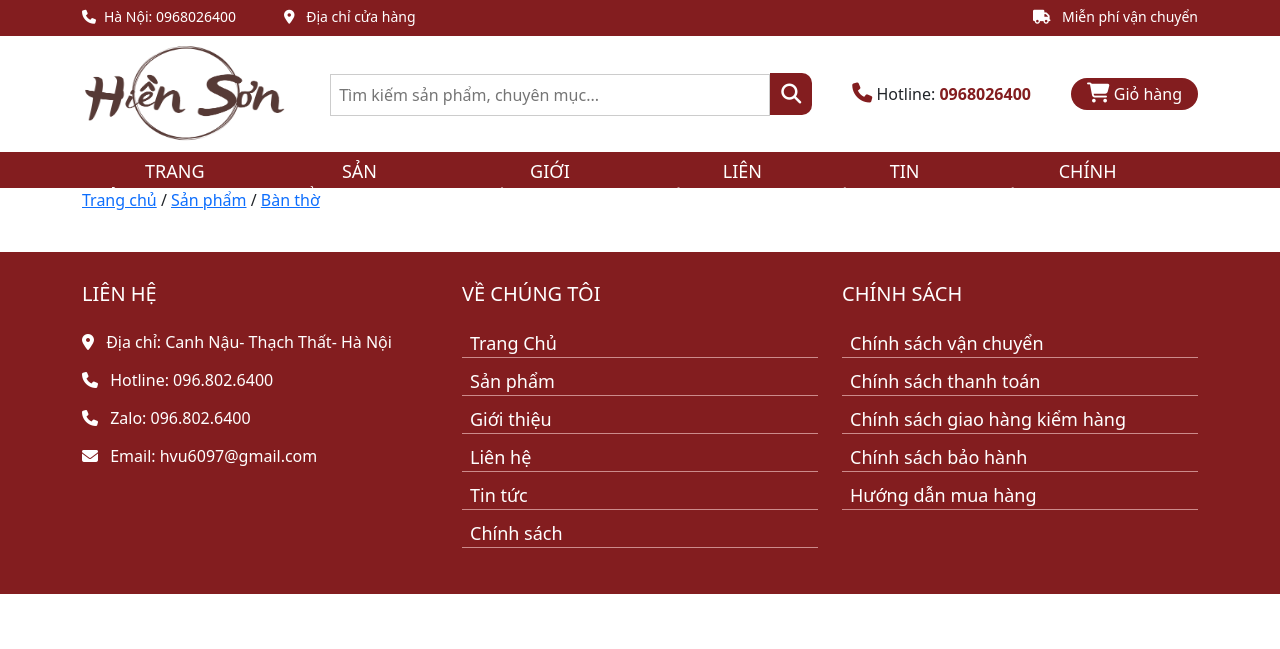
Repository: hoang28092000/do_go_hien_son
Page: product_details/ban_tho-g001.html
The author's editor kept a copy of each file at every save. The page is drawn from the files as they stood at one save, then again after a run of saves.
The browser window is 1280 px wide. The pictures show the whole page.
Some web libraries are served in a nearby version.

Above is the page before, as saved 2024-08-10 18:30:43.

After the next 3 saves:
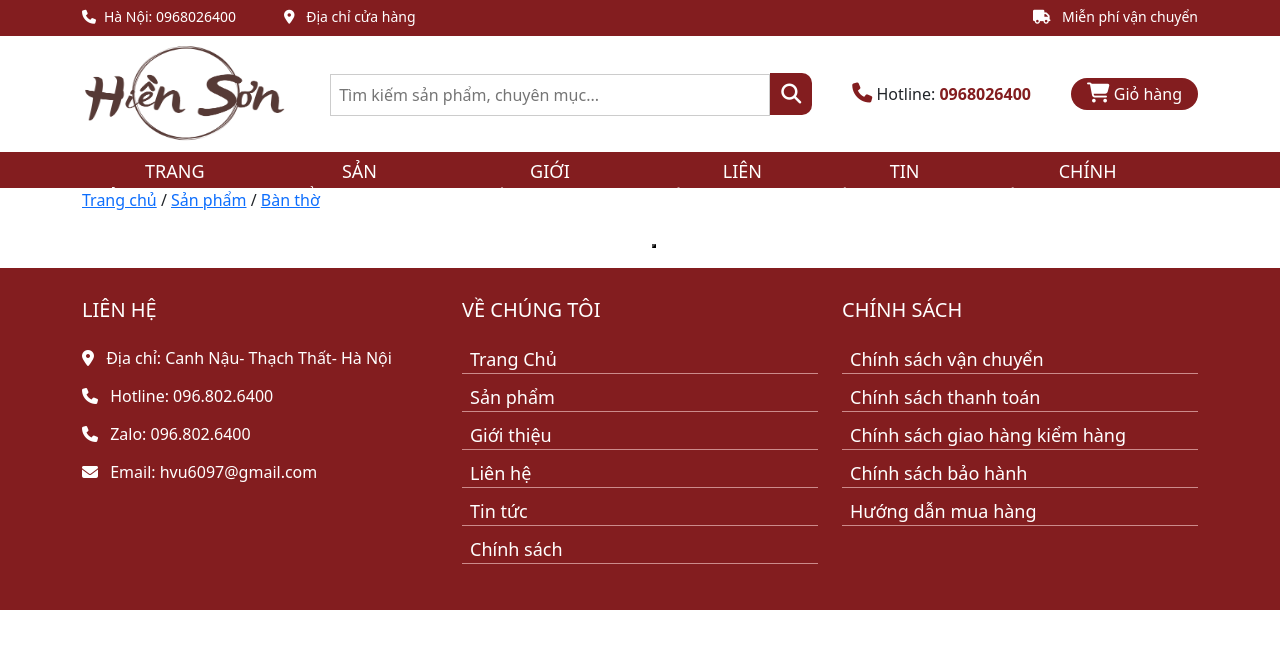
The 3 saves are shown as one change because they came seconds apart.
The last was saved 8 s later.
--- a/product_details/ban_tho-g001.html
+++ b/product_details/ban_tho-g001.html
@@ -93,7 +93,7 @@
                             </p>
                             <p class="price-pd"></p>
                             <div class="pay">
-
+                                <button class=""></button>
                             </div>
 
 
